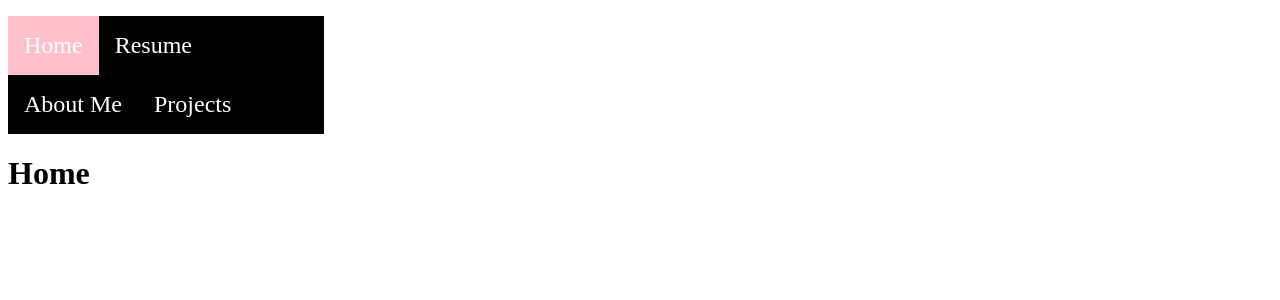
Repository: Peng-uin/Peng-uin.github.io
Page: index.html
The author's editor kept a record of every edit. The page is drawn from the files as they stood at one moment, then again after the next edit.
The browser window is 1280 px wide. The pictures show the whole page.

Above is the page before.

### index.html
<!DOCTYPE html>
<html>
    <head>
        <title>Page Title</title>
        <link rel="stylesheet" type="text/css" href="style.css">
    </head>
    <body>
        <ul class="navbar">
            <li class="active"><a href="index.html">Home</a></li>
            <li><a href="resume.html">Resume</a></li>
            <li class=:"active"><a href="aboutme.html">About Me</a></li>
            <li class="dropdown">
                <div>Projects</div>
                <ul class="dropdown-content">
                    <li><a href="project1.html">Project1</a></li>
                     <li><a href="project2.html">Project2</a></li>
                      <li><a href="project3.html">Project3</a></li>
                </ul>

            </li>
        </ul>
        <h1>Home</h1>
    </body>
</html>

### style.css
.navbar{
                list-style: none;
                background-color: black;
                overflow: hidden;
                padding: 0;
                width: 25%;
            }
            .navbar a, .dropdown div{
                text-decoration: none;
                color: white;
                font-size:24px;
                padding: 16px;
                display: inline-block;
            }
            .navbar li{
                float: left;
            }
            .navbar li:hover{
                background-color: pink;
            }
            .dropdown-content{
                list-style: none;
                padding: 0;
                display: none;
                position: absolute;
                z-index: 1;
                background-color: black;
            }
            .dropdown-content li{
                float:none;
            }
            .dropdown:hover .dropdown-content{
                display: block;

            }
            .active{
                background-color: pink;
            }

After the next edit:
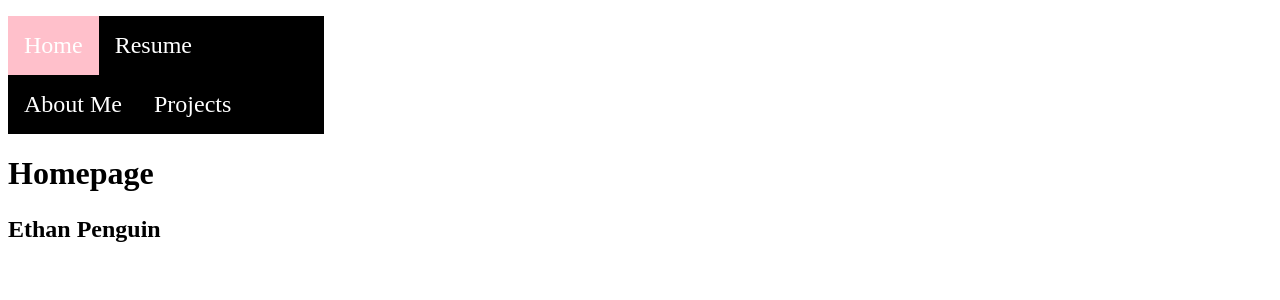
The edit:
--- a/index.html
+++ b/index.html
@@ -19,6 +19,7 @@
 
             </li>
         </ul>
-        <h1>Home</h1>
+        <h1>Homepage</h1>
+        <h2><p>Ethan Penguin</p></h2>
     </body>
 </html>
